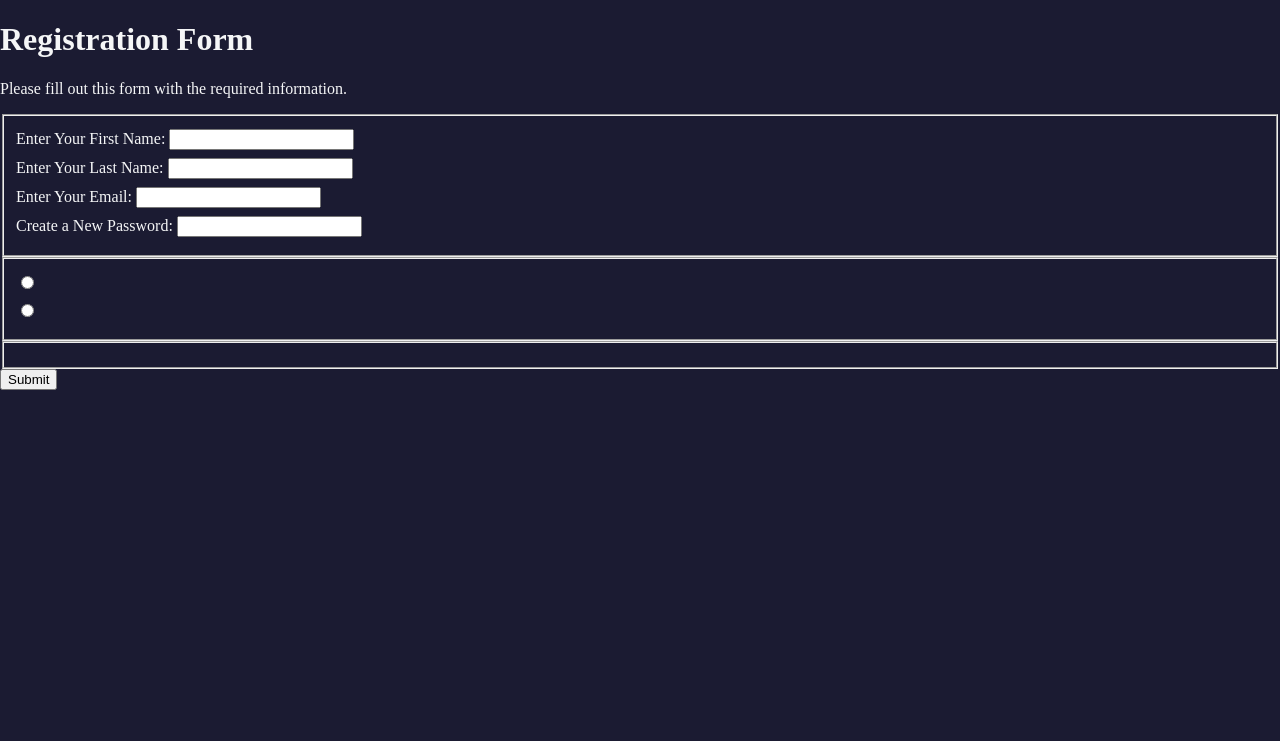
Repository: Lungdjos/registration_form
Page: index.html
These files come from the project's save history. The page is drawn as it stood at one moment and after a run of saves; the edit follows.
The browser window is 1280 px wide. The pictures show the whole page.

Above is the page before, as saved 2023-09-28 15:10:44.

After the next 4 saves:
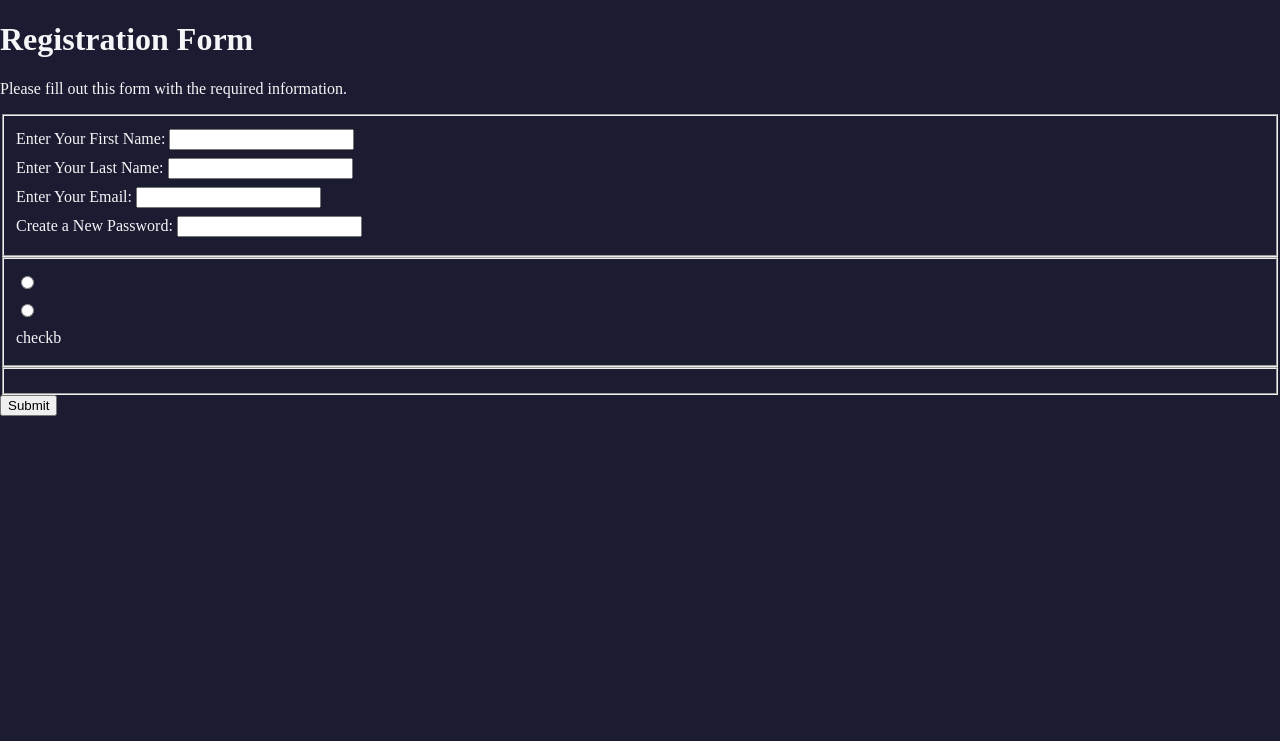
The 4 saves are shown as one change because they came seconds apart.
The last was saved 2 min 5 s later.
--- a/index.html
+++ b/index.html
@@ -21,7 +21,7 @@
         <fieldset>
             <label for=""> <input type="radio" name="" id=""> </label>
             <label for=""> <input type="radio" name="" id=""> </label>
-            <label for=""></label>
+            <label for=""> checkb </label>
         </fieldset>
         <fieldset>
             <label for=""></label>
